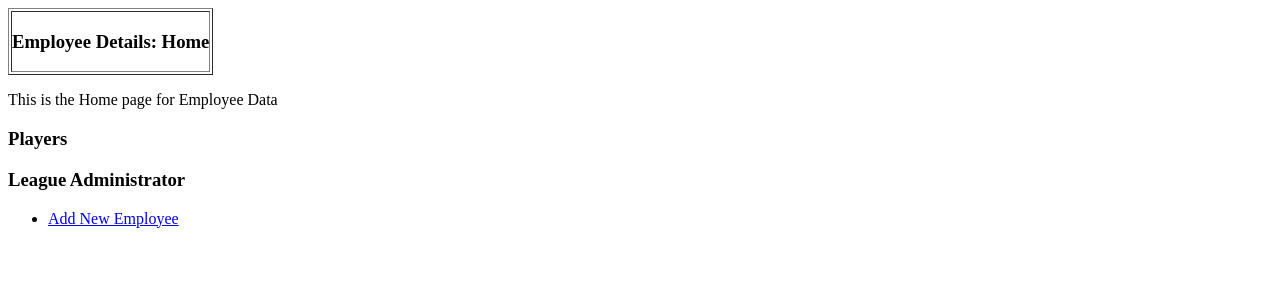
Repository: Kinjaljain047/ibm-fsd-000ggc
Page: eclipse-workspace/Employee_28th_08/WebContent/Home.html
The author's editor kept a copy of each file at every save. The page is drawn from the files as they stood at one save, then again after the next save.
The browser window is 1280 px wide. The pictures show the whole page.

Above is the page before, as saved 2019-08-28 12:15:10.

After the next save:
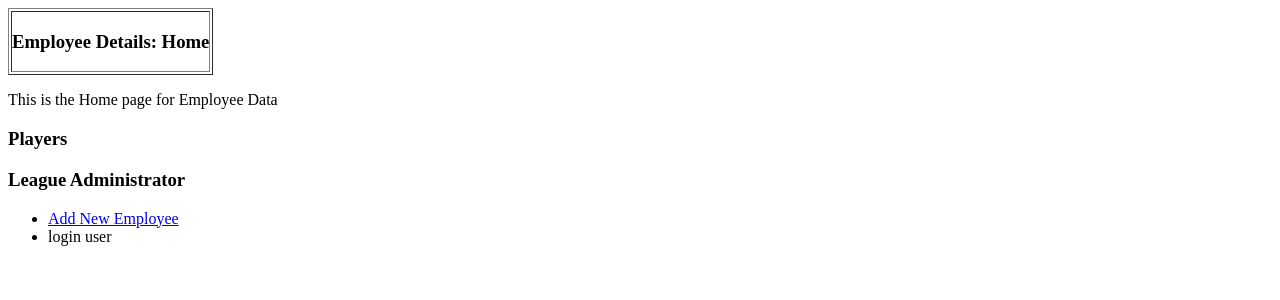
Saved 2 min 44 s later.
--- a/eclipse-workspace/Employee_28th_08/WebContent/Home.html
+++ b/eclipse-workspace/Employee_28th_08/WebContent/Home.html
@@ -17,6 +17,7 @@ This is the Home page for Employee Data
 <h3>League Administrator</h3>
 <ul>
 <li> <a href="addemployee_view">Add New Employee</li>
+<li><a hred="login.html">login user</a></li>
 </ul>
 </body>
 </html>
